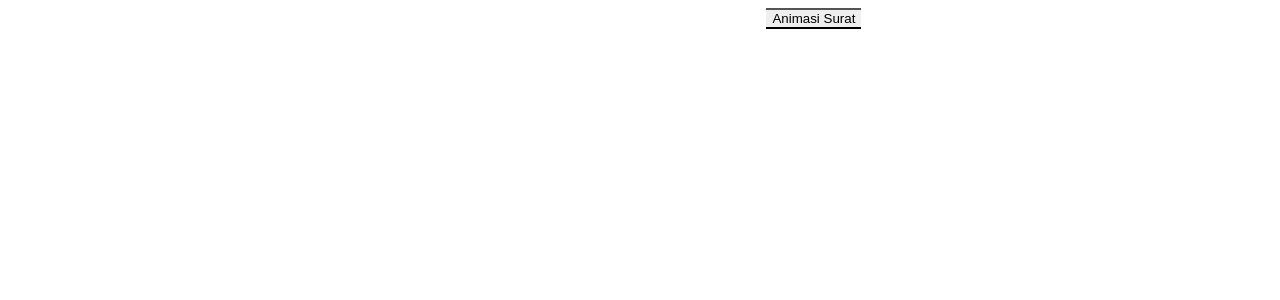
Repository: Irantsitumorang/projectRepo1
Page: BelajarJS/LatihanHTML/WebContent/suratj.html
An editor plug-in stored every save of this project. The page is shown before and after the next save, followed by the edit.
The browser window is 1280 px wide. The pictures show the whole page.

Above is the page before, as saved 2021-07-01 10:41:51.

### BelajarJS/LatihanHTML/WebContent/suratj.html
<!DOCTYPE html>
<html>
<head>
	<meta charset="UTF-8">
    <meta http-equiv="X-UA-Compatible" content="IE=edge">
    <meta name="viewport" content="width=device-width, initial-scale=1.0">
    <script src="https://ajax.googleapis.com/ajax/libs/jquery/3.5.1/jquery.min.js"></script>
    <title>Document</title>

    <style>

	#bg{
	margin-left: 60%;
	border-left: 20px;
	border-right: 20px;
	}

    #surat1 {
    width: 0;
    height: 0;

    border-left: 70px solid transparent;
	border-right: 70px solid transparent;
	border-bottom: 70px solid red;
    }

    #surat2 {
    width: 0;
    height: 0;

    border-left: 70px solid transparent;
	border-right: 70px solid transparent;
	border-top: 70px solid red;
    }

     #surat3 {
    width: 0;
    height: 0;

    border-left: 70px solid transparent;
	border-right: 70px solid transparent;
	border-top: 70px solid red;
    }

   #kumpulan {
	margin-left: 50%;
   }

</style>
<script>

$(document).ready(function(){

  $("button").click(function(){

    $("#surat1").fadeIn(4000);
    $("#surat2").fadeIn(7000);
    $("#surat3").fadeIn(9000);

  });
});

</script>
</head>
<body>

<button id="bg">Animasi Surat</button><br><br>

<div id="kumpulan">
<div id="surat1" style="display:none; background-color:yellow;"></div><br>
<div id="surat2" style="display:none; background-color:orange;"></div><br>
<div id="surat3" style="display:none; background-color:blue;"></div>
</div>

</body>
</html>

After the next save:
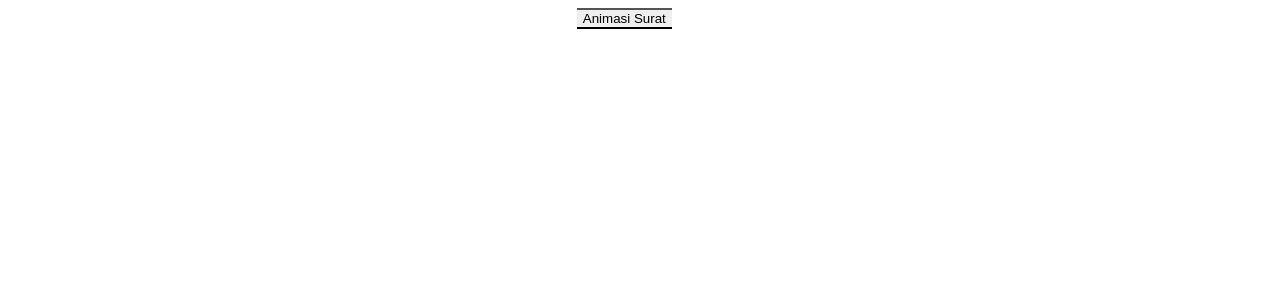
Saved 16 s later.
--- a/BelajarJS/LatihanHTML/WebContent/suratj.html
+++ b/BelajarJS/LatihanHTML/WebContent/suratj.html
@@ -10,7 +10,7 @@
     <style>
 
 	#bg{
-	margin-left: 60%;
+	margin-left: 45%;
 	border-left: 20px;
 	border-right: 20px;
 	}
